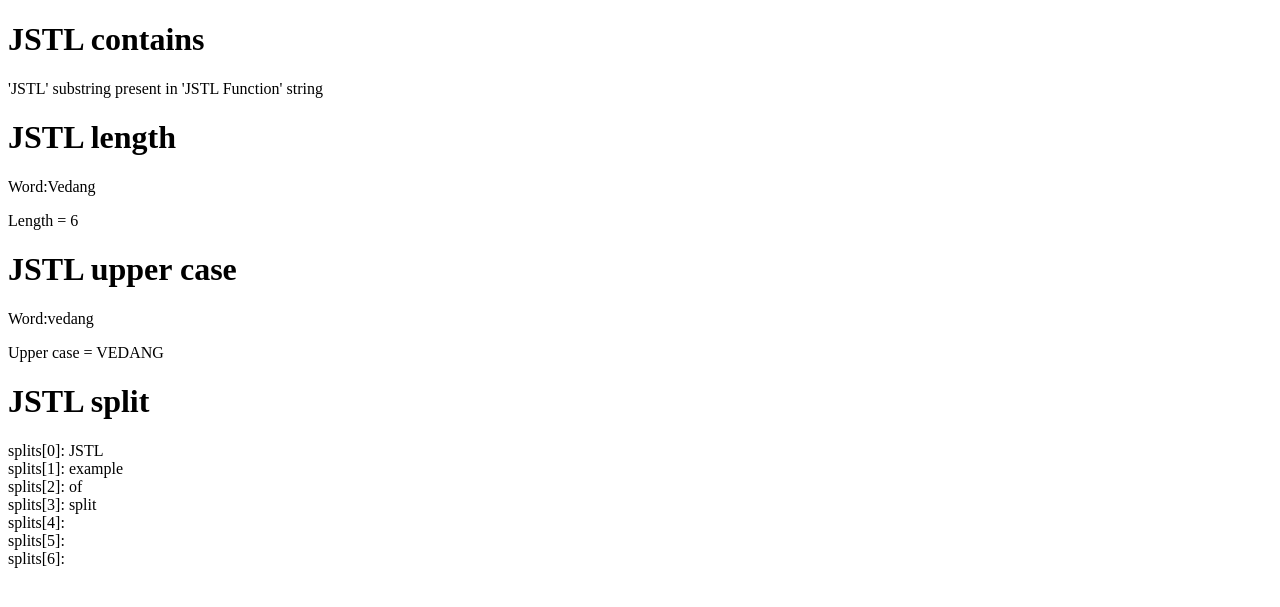
Repository: vedang03/servlet-jsp
Page: http://localhost/07-JSTL-functions/test.jsp
The author's editor kept a copy of each file at every save. The page is drawn from the files as they stood at one save, then again after the next save.
The browser window is 1280 px wide. The pictures show the whole page.
The page is served by Tomcat 9.

Above is the page before, as saved 2023-10-12 17:49:43.

After the next save:
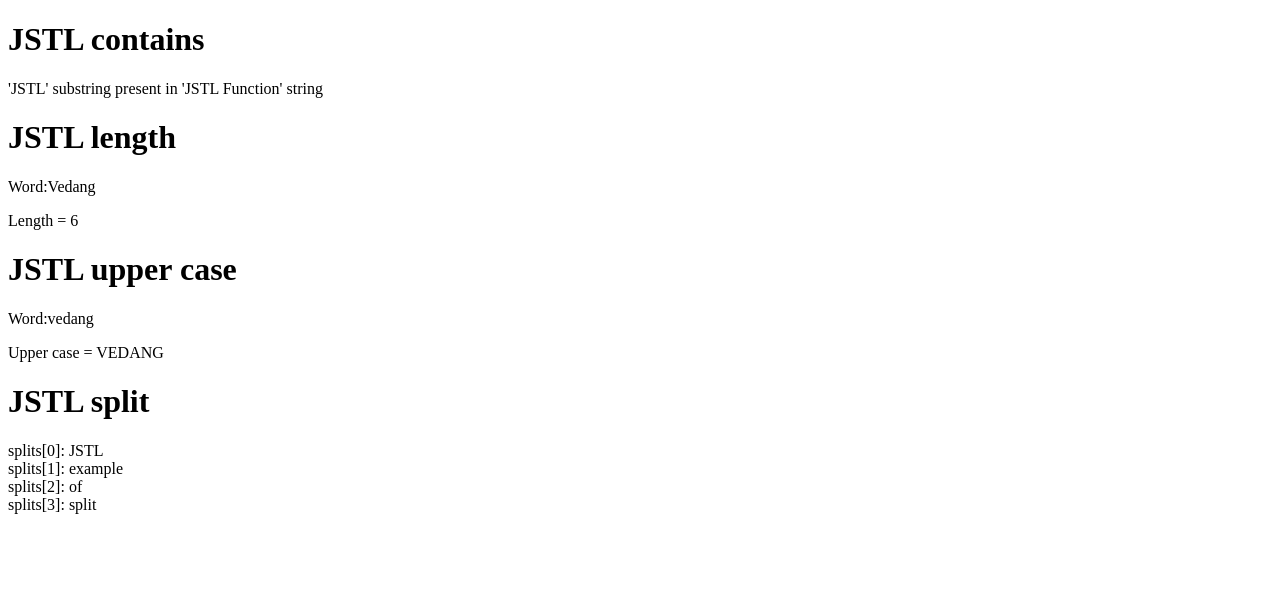
Saved 8 s later.
--- a/07-JSTL-functions/WebContent/test.jsp
+++ b/07-JSTL-functions/WebContent/test.jsp
@@ -30,7 +30,7 @@ Upper case =  ${fn:toUpperCase(str)}
 <h1>JSTL split</h1>
 <c:set var="str" value="JSTL example of split" />
 <c:set var="splits" value="${fn:split(str,' ')}" />
-<c:forEach var="i" begin="0" end="6">
+<c:forEach var="i" begin="0" end="3">
 splits[${i}]: ${splits[i]}<br>
 </c:forEach>
 </body>
